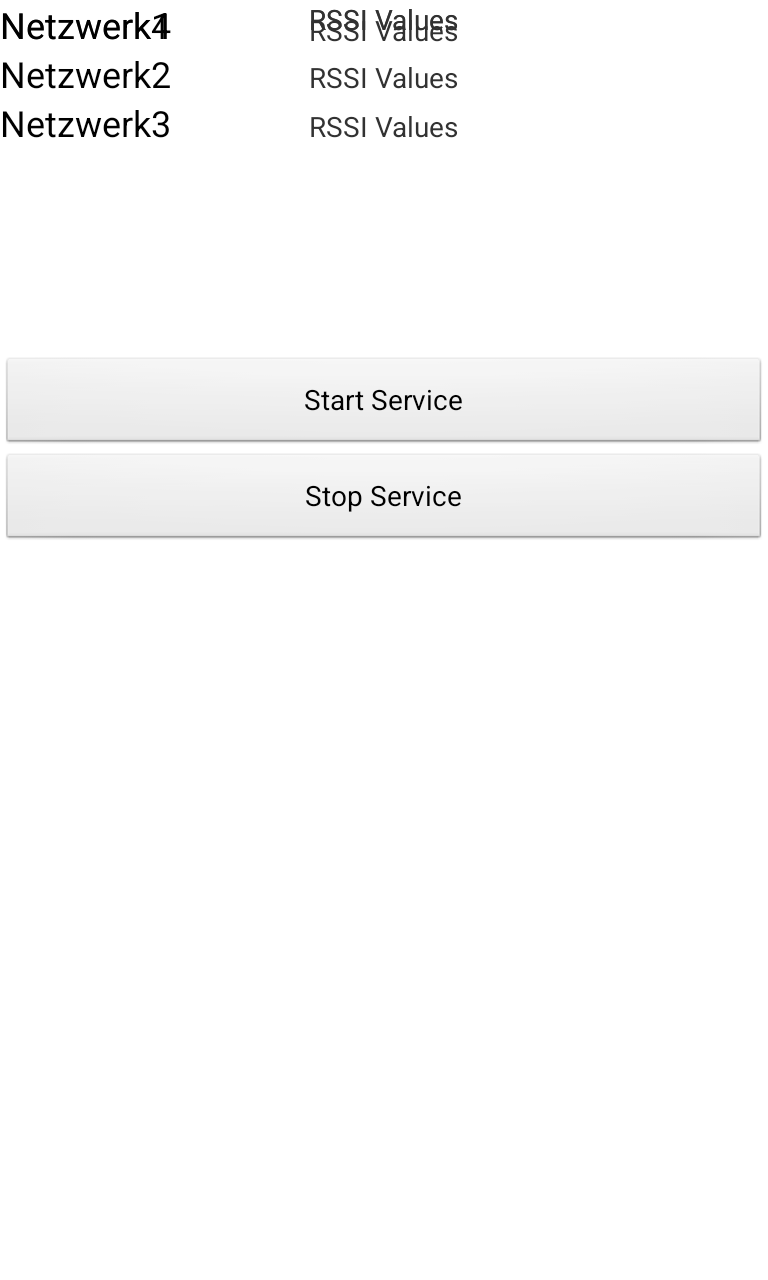
Repository: agejku/Embedded-Systems
Layout: Positionsensor/res/layout/main.xml
The author's editor kept a copy of each file at every save. The layout is drawn from the files as they stood at one save, then again after the next save.
It is drawn on a 768 x 1280 px phone screen (xhdpi) without system bars, with theme AppTheme; the app's code is not run.

Above is the layout before, as saved 2014-04-23 11:06:55.

### Positionsensor/res/layout/main.xml
<?xml version="1.0" encoding="utf-8"?>
<RelativeLayout xmlns:android="http://schemas.android.com/apk/res/android"
    android:id="@+id/NetNumber1"
    android:layout_width="fill_parent"
    android:layout_height="fill_parent"
    android:orientation="vertical" >

   <Button
       android:id="@+id/btnStopService"
       android:layout_width="fill_parent"
       android:layout_height="wrap_content"
       android:layout_alignParentLeft="true"
       android:layout_below="@+id/btnStartService"
       android:onClick="stopService"
       android:text="@string/stop_service" />

   <TextView
       android:id="@+id/network2"
       android:layout_width="wrap_content"
       android:layout_height="wrap_content"
       android:layout_alignParentLeft="true"
       android:layout_below="@+id/network1"
       android:text="@string/network2"
       android:textAppearance="?android:attr/textAppearanceMedium" />

   <TextView
       android:id="@+id/rssiNet2"
       android:layout_width="wrap_content"
       android:layout_height="wrap_content"
       android:layout_alignBaseline="@+id/network2"
       android:layout_alignBottom="@+id/network2"
       android:layout_alignLeft="@+id/rssiNet1"
       android:text="@string/start_rssi" />

   <TextView
       android:id="@+id/network3"
       android:layout_width="wrap_content"
       android:layout_height="wrap_content"
       android:layout_alignParentLeft="true"
       android:layout_below="@+id/network2"
       android:text="@string/network3"
       android:textAppearance="?android:attr/textAppearanceMedium" />

   <TextView
       android:id="@+id/rssiNet3"
       android:layout_width="wrap_content"
       android:layout_height="wrap_content"
       android:layout_alignBaseline="@+id/network3"
       android:layout_alignBottom="@+id/network3"
       android:layout_alignLeft="@+id/rssiNet2"
       android:text="@string/start_rssi" />

   <Button
       android:id="@+id/btnStartService"
       android:layout_width="fill_parent"
       android:layout_height="wrap_content"
       android:layout_alignParentLeft="true"
       android:layout_alignParentTop="true"
       android:layout_marginTop="178dp"
       android:onClick="startService"
       android:text="@string/start_service" />

   <TextView
       android:id="@+id/rssiNet1"
       android:layout_width="wrap_content"
       android:layout_height="wrap_content"
       android:layout_above="@+id/network2"
       android:layout_centerHorizontal="true"
       android:text="@string/start_rssi" />

   <TextView
       android:id="@+id/network1"
       android:layout_width="wrap_content"
       android:layout_height="wrap_content"
       android:layout_alignParentLeft="true"
       android:layout_alignParentTop="true"
       android:text="@string/network1"
       android:textAppearance="?android:attr/textAppearanceMedium" />

   <TextView
       android:id="@+id/network4"
       android:layout_width="wrap_content"
       android:layout_height="wrap_content"
       android:layout_alignParentLeft="true"
       android:layout_below="@+id/rssiNet4"
       android:text="@string/network4"
       android:textAppearance="?android:attr/textAppearanceMedium" />

   <TextView
       android:id="@+id/network5"
       android:layout_width="wrap_content"
       android:layout_height="wrap_content"
       android:layout_alignParentLeft="true"
       android:layout_below="@+id/network5"
       android:layout_marginTop="21dp"
       android:text="@string/network5"
       android:textAppearance="?android:attr/textAppearanceMedium" />

   <TextView
       android:id="@+id/TextView03"
       android:layout_width="wrap_content"
       android:layout_height="wrap_content"
       android:layout_alignBottom="@+id/TextView01"
       android:layout_alignLeft="@+id/rssiNet3"
       android:text="@string/start_rssi" />

   <TextView
       android:id="@+id/TextView04"
       android:layout_width="wrap_content"
       android:layout_height="wrap_content"
       android:layout_alignBottom="@+id/TextView02"
       android:layout_alignLeft="@+id/TextView03"
       android:text="@string/start_rssi" />

</RelativeLayout>

### Positionsensor/res/values/strings.xml
<resources>

    <string name="app_name">WifiFingerprinting</string>
    <string name="hello_world">Hello world!</string>
    <string name="menu_settings">Settings</string>
    <string name="title_activity_main">Wifi Fingerprinting</string>
    <string name="start_service">Start Service</string>
    <string name="stop_service">Stop Service</string>
    <string name="start_rssi">RSSI Values</string>
    <string name="network1">Netzwerk1</string>
    <string name="network2">Netzwerk2</string>
    <string name="network3">Netzwerk3</string>
    <string name="network4">Netzwerk4</string>
    <string name="network5">Netzwerk5</string>

</resources>

Loaded but not shown: Positionsensor/res/values/styles.xml (common file)

After the next save:
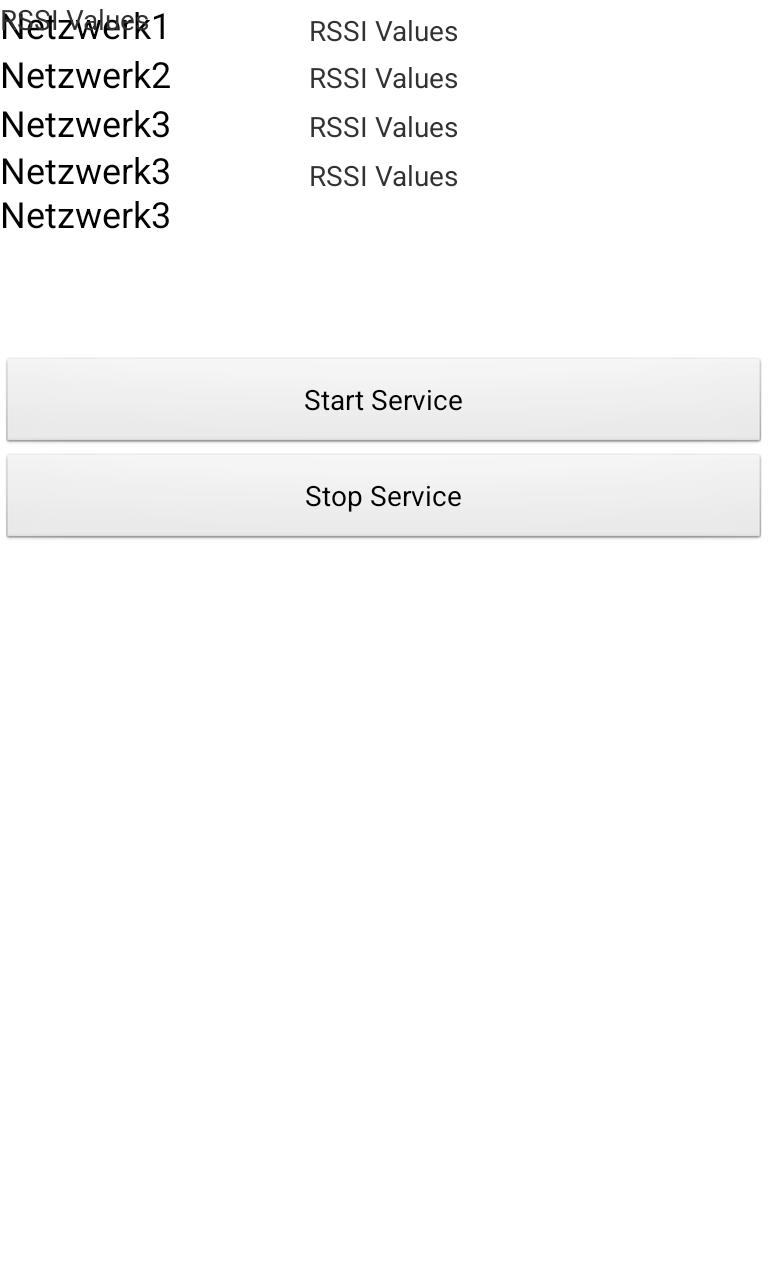
Saved 17 s later.
--- a/Positionsensor/res/layout/main.xml
+++ b/Positionsensor/res/layout/main.xml
@@ -78,22 +78,22 @@
        android:textAppearance="?android:attr/textAppearanceMedium" />
 
    <TextView
-       android:id="@+id/network4"
+       android:id="@+id/TextView01"
        android:layout_width="wrap_content"
        android:layout_height="wrap_content"
        android:layout_alignParentLeft="true"
-       android:layout_below="@+id/rssiNet4"
-       android:text="@string/network4"
+       android:layout_below="@+id/rssiNet3"
+       android:text="@string/network3"
        android:textAppearance="?android:attr/textAppearanceMedium" />
 
    <TextView
-       android:id="@+id/network5"
+       android:id="@+id/TextView02"
        android:layout_width="wrap_content"
        android:layout_height="wrap_content"
        android:layout_alignParentLeft="true"
-       android:layout_below="@+id/network5"
+       android:layout_below="@+id/network3"
        android:layout_marginTop="21dp"
-       android:text="@string/network5"
+       android:text="@string/network3"
        android:textAppearance="?android:attr/textAppearanceMedium" />
 
    <TextView
@@ -108,8 +108,8 @@
        android:id="@+id/TextView04"
        android:layout_width="wrap_content"
        android:layout_height="wrap_content"
-       android:layout_alignBottom="@+id/TextView02"
-       android:layout_alignLeft="@+id/TextView03"
+       android:layout_alignParentLeft="true"
+       android:layout_alignParentTop="true"
        android:text="@string/start_rssi" />
 
 </RelativeLayout>
